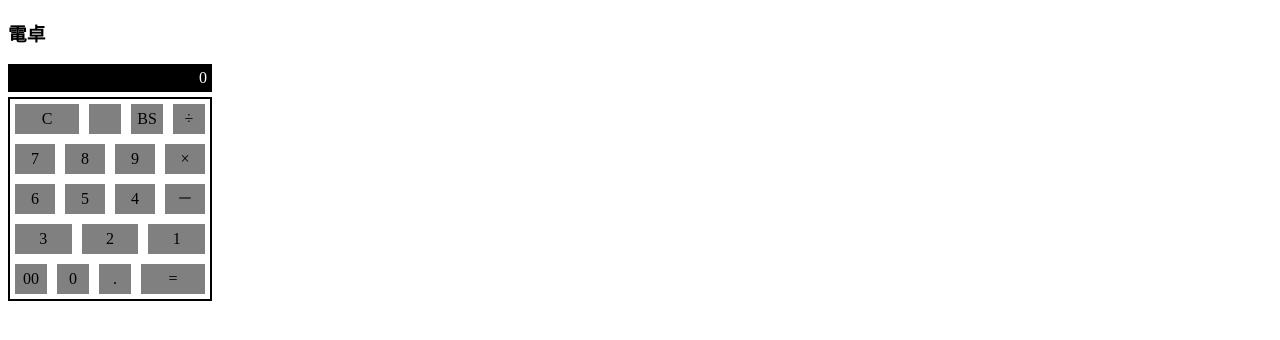
Repository: haya67/jsCalculator
Page: index.html
The author's editor kept a record of every edit. The page is drawn from the files as they stood at one moment, then again after the next edit.
The browser window is 1280 px wide. The pictures show the whole page.
Some web libraries are served in a nearby version.

Above is the page before.

### index.html
 <!DOCTYPE html>
 <html lang="en">
 <head>
 <meta charset="utf-8">
 <script src="https://code.jquery.com/jquery-3.2.1.js" integrity="sha256-DZAnKJ/6XZ9si04Hgrsxu/8s717jcIzLy3oi35EouyE=" crossorigin="anonymous"></script>
 <link rel="stylesheet" href="main.css">
 <title>電卓</title>
 </head>

 <body>
 <h3>電卓</h3>

 <!-- ここに記述していきましょう！ -->
 <div class = "container">

<!--      計算結果を出力する場所-->
      <div id = "output_total" class="output ">0</div>

<!--      計算過程を出力する -->
      <div id = "output_sub" class="output active">0</div>

<!--      ボタンを配置する場所-->
      <div class = 'input'>
          <section class = 'row'>
            <div id = "clear">C</div>
            <div class = "num_bth"></div>
            <div class = "num_bth" id="bs">BS</div>
            <div class = "num_bth cal" data-index-id= '/'>÷</div>
          </section>
          <section class = 'row'>
            <div class = "num_bth one_nine " data-index-id = 7 >7</div>
            <div class = "num_bth one_nine " data-index-id = 8 >8</div>
            <div class = "num_bth one_nine " data-index-id = 9 >9</div>
            <div class = "num_bth cal" data-index-id = '*'>×</div>
          </section>
          <section class = 'row'>
            <div class = "num_bth one_nine " data-index-id = 6 >6</div>
            <div class = "num_bth one_nine " data-index-id = 5 >5</div>
            <div class = "num_bth one_nine " data-index-id = 4 >4</div>
            <div class = "num_bth cal" data-index-id = '-'>－</div>
          </section>
          <section class = 'row'>
            <div class = "num_bth one_nine " data-index-id = 3 >3</div>
            <div class = "num_bth  one_nine" data-index-id = 2 >2</div>
            <div class = "num_bth  one_nine" data-index-id = 1 >1</div>
          </section>
          <section class = 'row'>
            <div class = "num_bth" data-index-id = 00 >00</div>
            <div class = "num_bth" id="zero" data-index-id = 0 >0</div>
            <div class = "num_bth" id="point" data-index-id = . >.</div>
            <div id = 'equal_btn'>=</div>
          </section>
      </div>
    </div>

 <script src="main.js"></script>
 </body>
 </html>

### main.css
.container {
  width: 200px;
}

.output {
  width: 194px;
  text-align: right;
  padding: 5px;
  margin-bottom: 5px;
  color: white;
  background-color: black;
  /*box-sizing: border-box;*/
  display:none;
}

.output.active {
  display:block;
}

.input {
  width:200px;
  border: 2px solid black;
}

.row {
  display: flex;
  justify-content: space-between;
  width: 200px;
}

.num_bth {
  width: 60px;
  height: 30px;
  text-align: center;
  line-height: 30px;
  background: gray;
  cursor: pointer;
  margin: 5px;
}

#clear, #equal_btn{
  width: 120px;
  text-align: center;
  line-height: 30px;
  background: gray;
  cursor: pointer;
  margin: 5px;
}

### main.js
$(document).ready(function(){

    const num_bth = document.querySelectorAll('.num_bth');

    // 計算結果を表示する所
    let output_sub = document.getElementById('output_sub');

    // 計算過程を表示するところ
    const output_total = document.getElementById('output_total');

    // 計算式を表す変数
    let total = 0;

    // // 最初の状態を定義
    let state = 'start';

    // 最初の整数入力モード
    let mode = 'integer_mode';


    // 1~9を押した時
    const one_nine = document.querySelectorAll ('.one_nine');
    one_nine.forEach(index => {
        index.addEventListener('click', () => {
            if(state === 'start') {
                total = index.dataset.indexId;
            }else if (state === 'finish') {
                reset();
                total = index.dataset.indexId;
            }else if (state === 'calculation' ) {
                total += index.dataset.indexId;
            }
            output_sub.textContent = total;
            state = 'calculation'
            // changeOutput()
        });
    });


    // 0を押したとき
    const zero = document.getElementById('zero');
    zero.addEventListener('click', () => {
        if(state === 'start' || state === 'finish' || state === 'calBtn'){
            if(output_sub.textContent.slice(-1) === '0') {
                console('前の文字はゼロ');
                return;
            }
        }

        if(state === 'start') {
            total = zero.dataset.indexId;
        }else {
            total += zero.dataset.indexId;
        }
        output_sub.textContent = total;
    });


    // .を押したとき
    const point = document.getElementById('point');
    point.addEventListener('click' , () => {
        console.log(point.dataset.indexId)
        if(mode === 'decimal_mode') {
            return;
        }
        if (state === 'start' || state === 'finish' ) {
            total = 0;
        }else if(state = 'calBtn') {
            if(output_sub.textContent.slice(-1) !=='0'){
                total += 0;
            }
        }
        total += point.dataset.indexId

        output_sub.textContent = total;
        state = 'calculation';
        mode = 'decimal_mode';

    });

    // +÷-×を押したとき
    const cal = document.querySelectorAll('.cal');
    cal.forEach(index => {
        index.addEventListener('click' , () => {
            if (state === 'start') {
                return;
            }else if(state === 'calculation') {
                total += index.dataset.indexId;
            }else if(state === 'finish') {
                total = output_total.textContent;
                total += index.dataset.indexId;
                output_total.textContent = 0;
            }
            console.log(index.dataset.indexId);
            output_sub.textContent = total;
            state = 'calBtn';
            mode = 'integer_mode';
        });
    });




    // =を押した時
    const equal_btn = document.getElementById('equal_btn');
    equal_btn.addEventListener('click', () => {
        console.log(eval(total));
        output_total.textContent = eval(total);
        state = 'finish';
        mode = 'integer_mode';
    });


    // Cを押した時
    const clear = document.getElementById('clear')
    clear.addEventListener('click' , () =>{
        reset();
    });

    function reset() {
        total = 0;
        output_sub.textContent = 0;
        output_total.textContent = 0;
        mode = 'integer_mode';
    };


    // // 計算過程画面と計算結果画面の切り替え
    function changeOutput() {
        if (state === 'finish') {
            output_total.classList.add('active');
            output_sub.classList.remove('active');
        } else{
            output_sub.classList.add('active');
            output_total.classList.remove('active');
        }
    };





})

After the next edit:
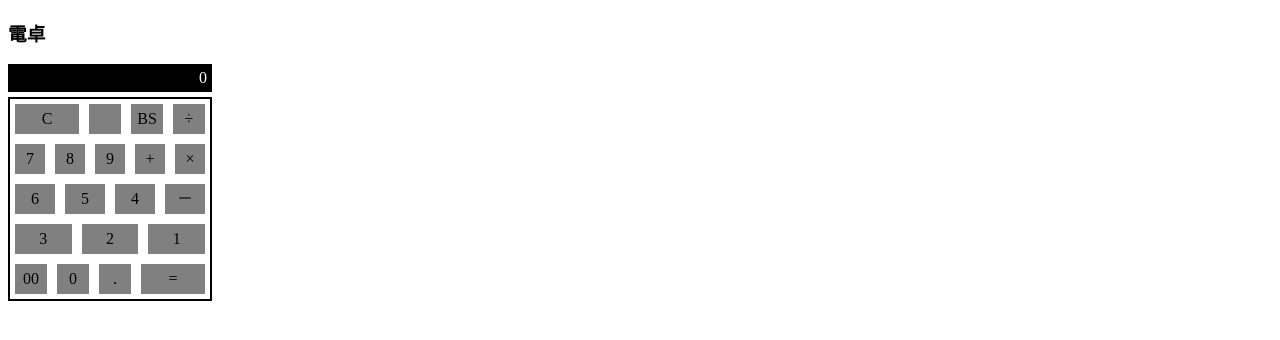
The edit:
--- a/index.html
+++ b/index.html
@@ -31,6 +31,7 @@
             <div class = "num_bth one_nine " data-index-id = 7 >7</div>
             <div class = "num_bth one_nine " data-index-id = 8 >8</div>
             <div class = "num_bth one_nine " data-index-id = 9 >9</div>
+            <div class = "num_bth cal" data-index-id = '+'>+</div>
             <div class = "num_bth cal" data-index-id = '*'>×</div>
           </section>
           <section class = 'row'>
